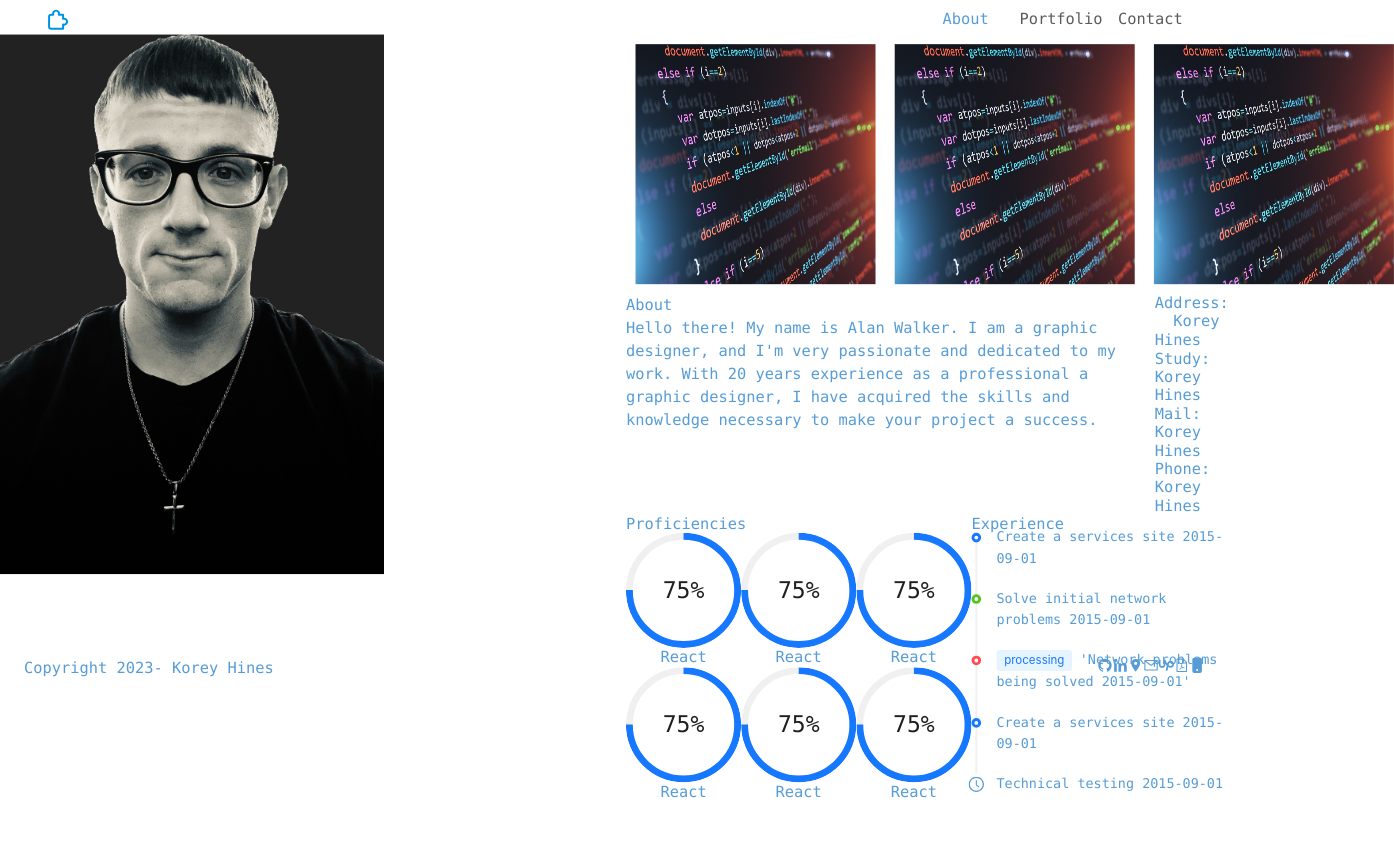
Repository: devkthines/next-portfolio-v2
Page: /about
An editor plug-in stored every save of this project. The page is shown before and after a run of saves, followed by the edit.
The browser window is 1280 px wide. The page is 1452 px wide, then 1292 px, so the pictures cover 1452 px, including what lies to the right of the window. The pictures show the whole page, at 96% of full size.
The project was rebuilt for these pictures with package versions that can differ from the ones it lists, and the page was loaded fresh each time. The framework's server and built-in components were replaced by stand-ins that run in the browser. Also part of the build but not shown: next.config.js.

Above is the page before, as saved 2023-09-25 22:02:24.

After the next 3 saves:
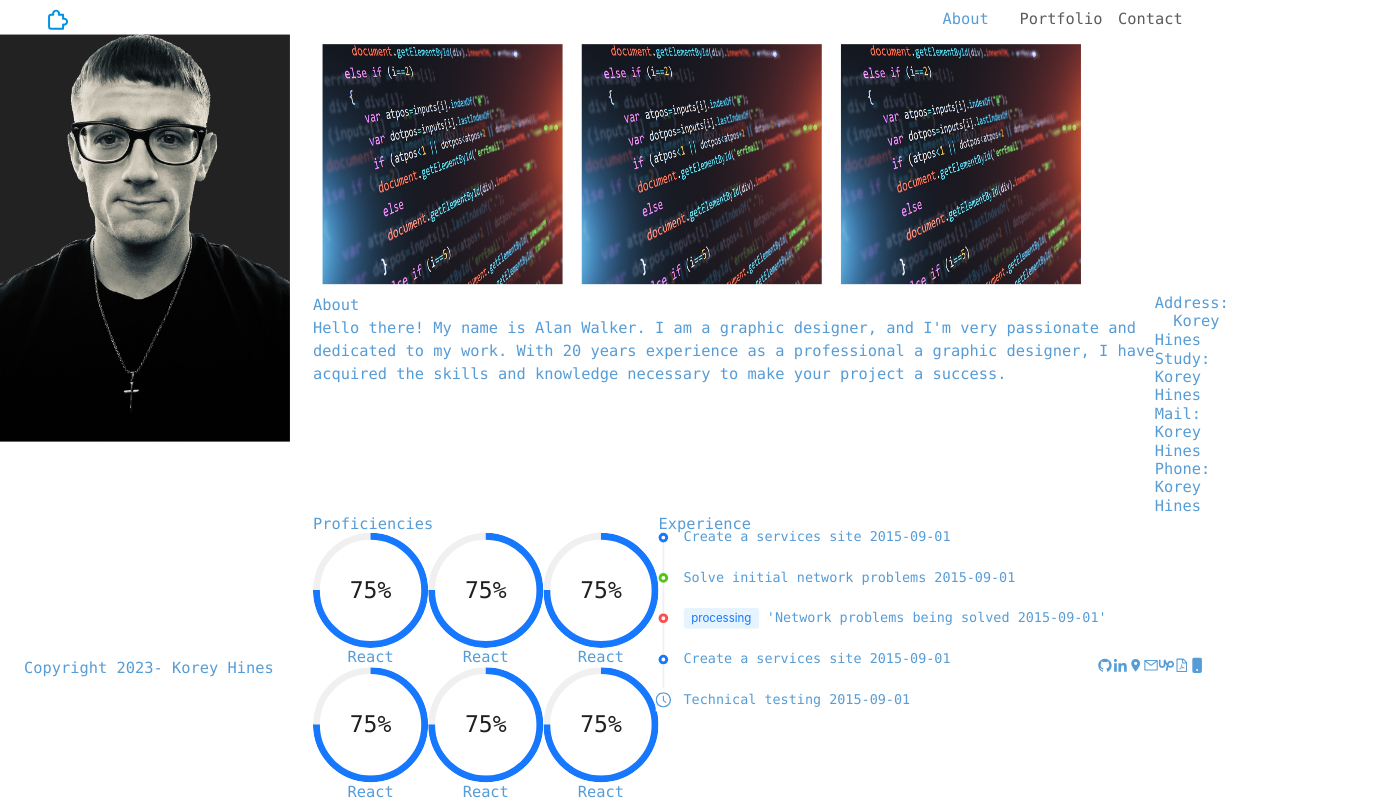
The 3 saves are shown as one change because they came seconds apart.
The last was saved 36 s later.
--- a/src/app/about/page.js
+++ b/src/app/about/page.js
@@ -49,7 +49,7 @@ export default function About() {
 
       <Row>
 
-        <Col id=''>
+        <Col xs={3} id=''>
           <img variant="top" id='aboutImg' src='/images/IMG-update.jpg' /> </Col>
         <Col>
           <div>
